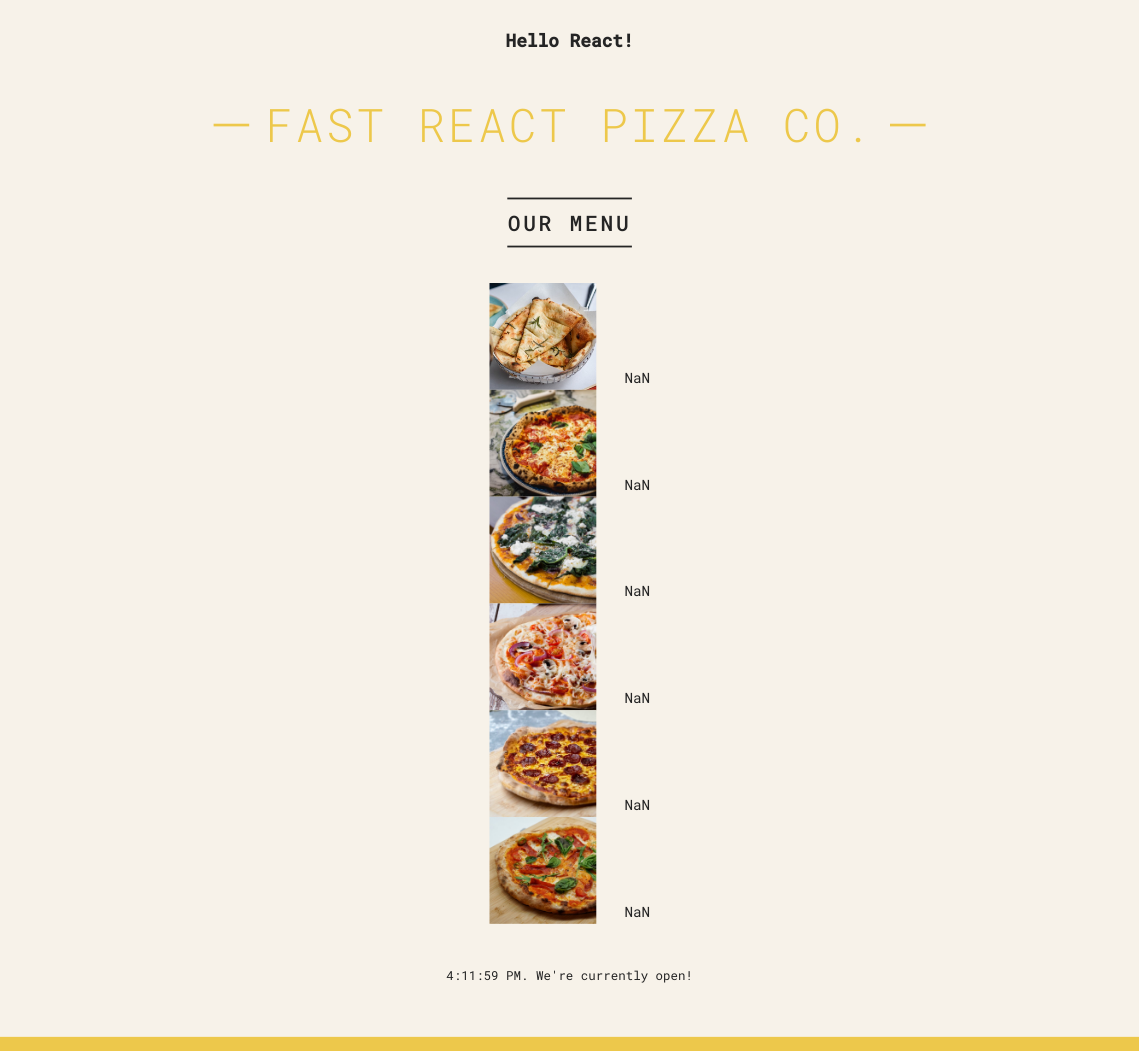
Repository: Alphosmart/03_pizza-menu
Page: /
These files come from the project's save history. The page is drawn as it stood at one moment and after the next save; the edit follows.
The browser window is 1280 px wide. The pictures show the whole page, at 89% of full size.
The project was rebuilt for these pictures with package versions that can differ from the ones it lists, and the page was loaded fresh each time.

Above is the page before, as saved 2024-05-31 16:15:13.

### src/index.js
import React from "react";
import ReactDOM from "react-dom/client";
import "./index.css";

const pizzaData = [
  {
    name: "Focaccia",
    ingredients: "Bread with italian olive oil and rosemary",
    price: 6,
    photoName: "pizzas/focaccia.jpg",
    soldOut: false,
  },
  {
    name: "Pizza Margherita",
    ingredients: "Tomato and mozarella",
    price: 10,
    photoName: "pizzas/margherita.jpg",
    soldOut: false,
  },
  {
    name: "Pizza Spinaci",
    ingredients: "Tomato, mozarella, spinach, and ricotta cheese",
    price: 12,
    photoName: "pizzas/spinaci.jpg",
    soldOut: false,
  },
  {
    name: "Pizza Funghi",
    ingredients: "Tomato, mozarella, mushrooms, and onion",
    price: 12,
    photoName: "pizzas/funghi.jpg",
    soldOut: false,
  },
  {
    name: "Pizza Salamino",
    ingredients: "Tomato, mozarella, and pepperoni",
    price: 15,
    photoName: "pizzas/salamino.jpg",
    soldOut: true,
  },
  {
    name: "Pizza Prosciutto",
    ingredients: "Tomato, mozarella, ham, aragula, and burrata cheese",
    price: 18,
    photoName: "pizzas/prosciutto.jpg",
    soldOut: false,
  },
];

function App() {
  return (
    <div className="container">
      <h1>Hello React!</h1>
      <Header />
      <Menu />
      <Footer />
    </div>
  );
}

function Header() {
  // const style = { color: "red", fontSize: "48px", textTransform: "Uppercase" };
  const style = {};
  return (
    <header className="header">
      <h1 style={style}>Fast React Pizza Co.</h1>
    </header>
  );
}

function Menu() {
  return (
    <main className="menu">
      <h2>Our Menu</h2>

      <div>
        {pizzaData.map((pizza) => (
          <Pizza pizzaObj={pizza} />
        ))}
      </div>
      {/* <Pizza
        name="Pizza Spinaci"
        ingredients="Tomato, mozarella, spinach, and ricotta cheese"
        photoName="pizzas/spinaci.jpg"
        price={10}
      />
      <Pizza
        name="Pizza Funghi"
        ingredients="Tomato, mushrooms"
        price={12}
        photoName="pizzas/funghi.jpg"
      /> */}
    </main>
  );
}

function Pizza(props) {
  console.log(props);
  return (
    <div className="pizza">
      <img src={props.pizzaObj.photoName} alt={props.pizzaObj.name} />

      <div>
        <h3>{props.name}</h3>
        <p>{props.ingredients}</p>
        <span>{props.price + 3}</span>
      </div>
    </div>
  );
}
function Footer() {
  // const hour = new Date().getHours();
  // const openHour = 12;
  // const closeHour = 22;
  // const isOpen = hour >= openHour && hour <= closeHour;
  // console.log(isOpen);
  // if (hour >= openHour && hour <= closeHour) alert("We're currently open!");
  // else alert("Sorry We're closed!");
  return (
    <footer className="footer">
      {new Date().toLocaleTimeString()}. We're currently open!
    </footer>
  );

  // return React.createElement("footer", null, "We're currently open!");
}

// React v18
const root = ReactDOM.createRoot(document.getElementById("root"));
root.render(
  <React.StrictMode>
    <App />
  </React.StrictMode>
); // or root.render<App />);

//React before v18
// React.render(<App />, document.getElementById("root"));

Loaded but not shown: public/index.html (common file); src/index.css (common file)

After the next save:
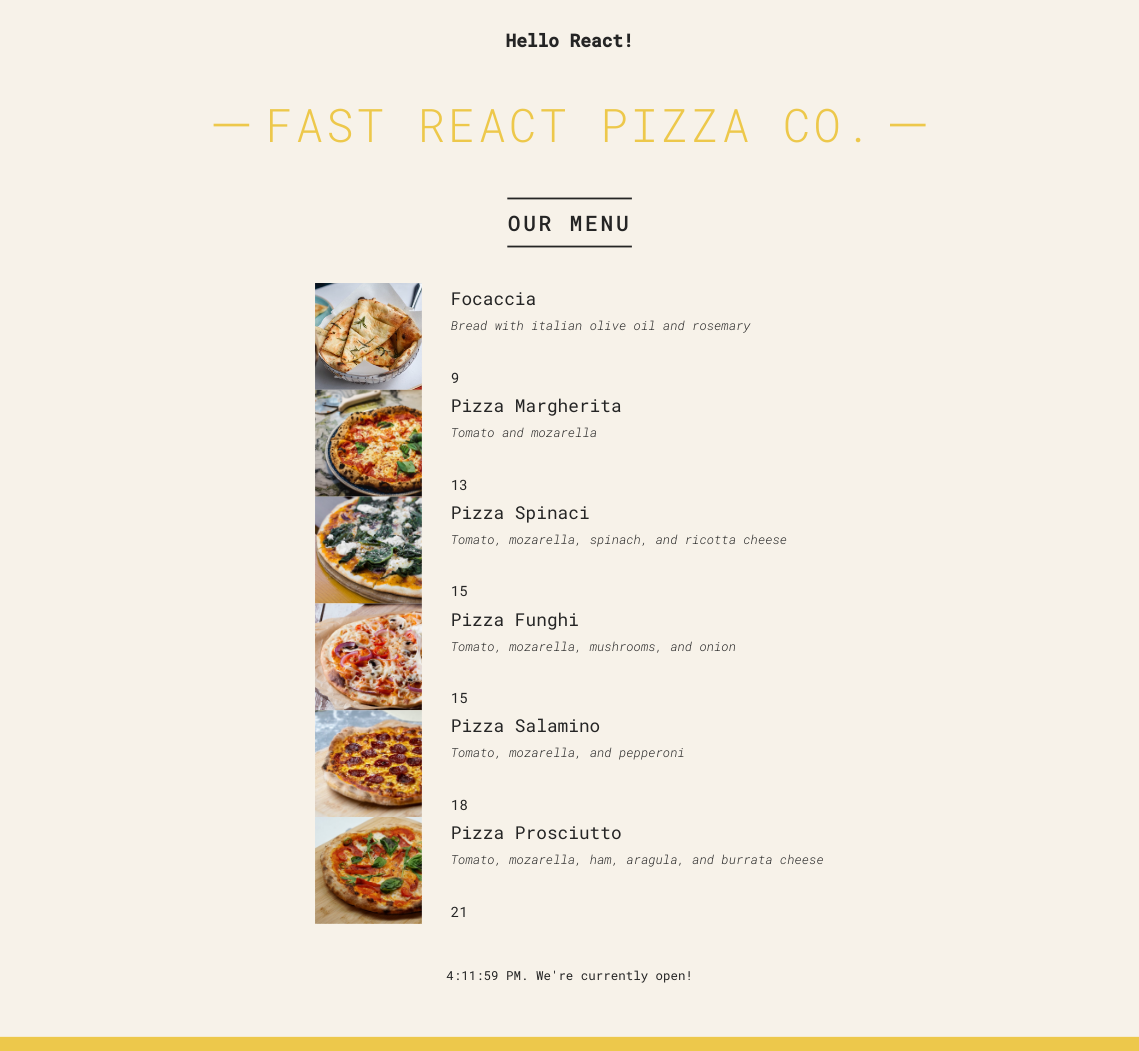
Saved 34 s later.
--- a/src/index.js
+++ b/src/index.js
@@ -101,9 +101,9 @@ function Pizza(props) {
       <img src={props.pizzaObj.photoName} alt={props.pizzaObj.name} />
 
       <div>
-        <h3>{props.name}</h3>
-        <p>{props.ingredients}</p>
-        <span>{props.price + 3}</span>
+        <h3>{props.pizzaObj.name}</h3>
+        <p>{props.pizzaObj.ingredients}</p>
+        <span>{props.pizzaObj.price + 3}</span>
       </div>
     </div>
   );
